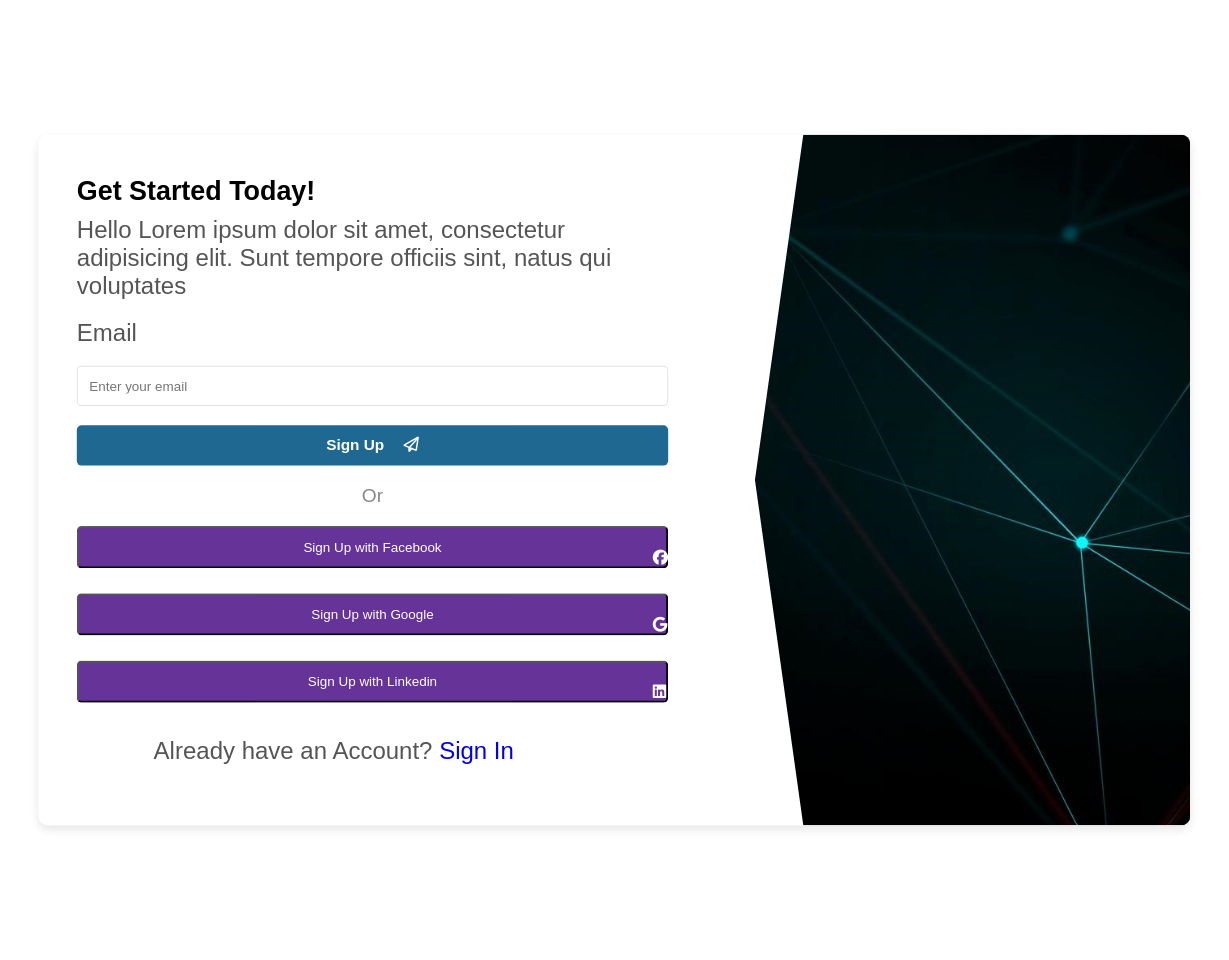
Repository: Femi007-gh/Login-V2
Page: index.html
The author's editor kept a copy of each file at every save. The page is drawn from the files as they stood at one save, then again after the next save.
The browser window is 1280 px wide. The pictures show the whole page, at 96% of full size.

Above is the page before, as saved 2025-01-27 15:33:11.

### index.html
<html>
    <head>
        <title>Login-interface</title>
  <link rel="stylesheet" href="style.css">
  <link rel="stylesheet" href="https://cdnjs.cloudflare.com/ajax/libs/font-awesome/6.5.0/css/all.min.css">
    </head>
    <body>
        <div class="container">
            <div class="left-session">
                <div class="form-container">
                    <h1>Get Started Today!</h1>
                    <p> Hello Lorem ipsum dolor sit amet, consectetur adipisicing elit. Sunt tempore officiis sint, natus qui voluptates </p>
                    <form>
                        <div class="input-group">
                            <p>Email</p>
                            <input type="email" id="email" placeholder="Enter your email" required>
                        </div>
                        <button class="primary-btn" type="submit">Sign Up<i class="fa-regular fa-paper-plane"></i></button>
                    </form>
                    <p class="divider">Or</p>
                    <div class="social-buttons">
                        <button class="social-btn facebook-btn">
                            Sign Up with Facebook
                        </button>
                        <i class="fa-brands fa-facebook"></i>
                        <button class="social-btn google-btn">
                            Sign Up with Google
                        </button>
                        <i class="fa-brands fa-google"></i>
                        <button class="social-btn Linkedin-btn">
                            Sign Up with Linkedin
                        </button>
                        <i class="fa-brands fa-linkedin"></i>
                    </div>
                    <p class="signin-text">Already have an Account? <a href="#">Sign In</a></p>
                </div>
            </div>
            <div class="right-section"></div>
        </div>
    </body>
</html>

### style.css
* {
   padding: 0;
   margin: 0;
   box-sizing: border-box;
}

body {
    font-family: sans-serif;
    background-color: #fff;
    display: flex;
    justify-content: center;
    align-items: center;
    height: 1000px;
}

.container {
  display: flex;
  max-width: 1200px;
  width: 100%;
  background-color: #fff;
  border-radius: 10px;
  overflow: hidden;
  box-shadow: 0 4px 10px rgba(0, 0, 0, 0.1);
}

.left-session {
  flex: 1;
  padding: 40px;
  display: flex;
  justify-content: center;
  align-items: center;
}

h1 {
  font-size: 28px;
  font-weight: bold;
  margin-bottom: 10px;
}

p {
  font-size: 14px;
  color: #555;
  margin-bottom: 20px;
}

.input-group {
  margin-bottom: 20px;
}

.input-group input {
  width: 100%;
  padding: 12px;
  font-size: 14px;
  border: 1px solid #dddd;
  border-radius: 5px;
}

.primary-btn {
  width: 100%;
  padding: 12px;
  background-color: #1F6891;
  color: white;
  border: none;
  border-radius: 5px;
  font-size: 16px;
  font-weight: bold;
  cursor: pointer;
}

.primary-btn:hover {
  background-color: #005a8c;
}

.divider {
  font-size: 20px;
  color: #888;
  margin: 20px 0;
  text-align: center;
}

.social-buttons {
  display: flex;
  flex-direction: column;
  gap: 10px;
}

.social-btn {
  width: 100%;
  padding: 12px;
  font-size: 14px;
  border-radius: 5px;
  color: white;
  display: flex;
  align-items: center;
  justify-content: center;
  background-color: rebeccapurple;
}

.signin-text {
  font-size: 15px;
  margin-top: 20px;
}

.signin-text a {
  text-decoration: none;
}

.right-section {
  flex: 1;
  background: url(ART.jpg) no-repeat center center/cover;
  clip-path: polygon(20% 0%, 100% 0%, 100% 100%, 20% 100%, 10% 50%);
  height: 100vh; /* Adjust height as needed */
}

.fa-brands {
  margin-left: 600px;
  margin-top: -30px;
  margin-bottom: 20px;
  color: white;
}

.fa-regular {
  margin-left: 20px;
}

p {
  font-size: 25px;
}

.signin-text {
  font-size: 25px;
  margin-left: 80px;
}

After the next save:
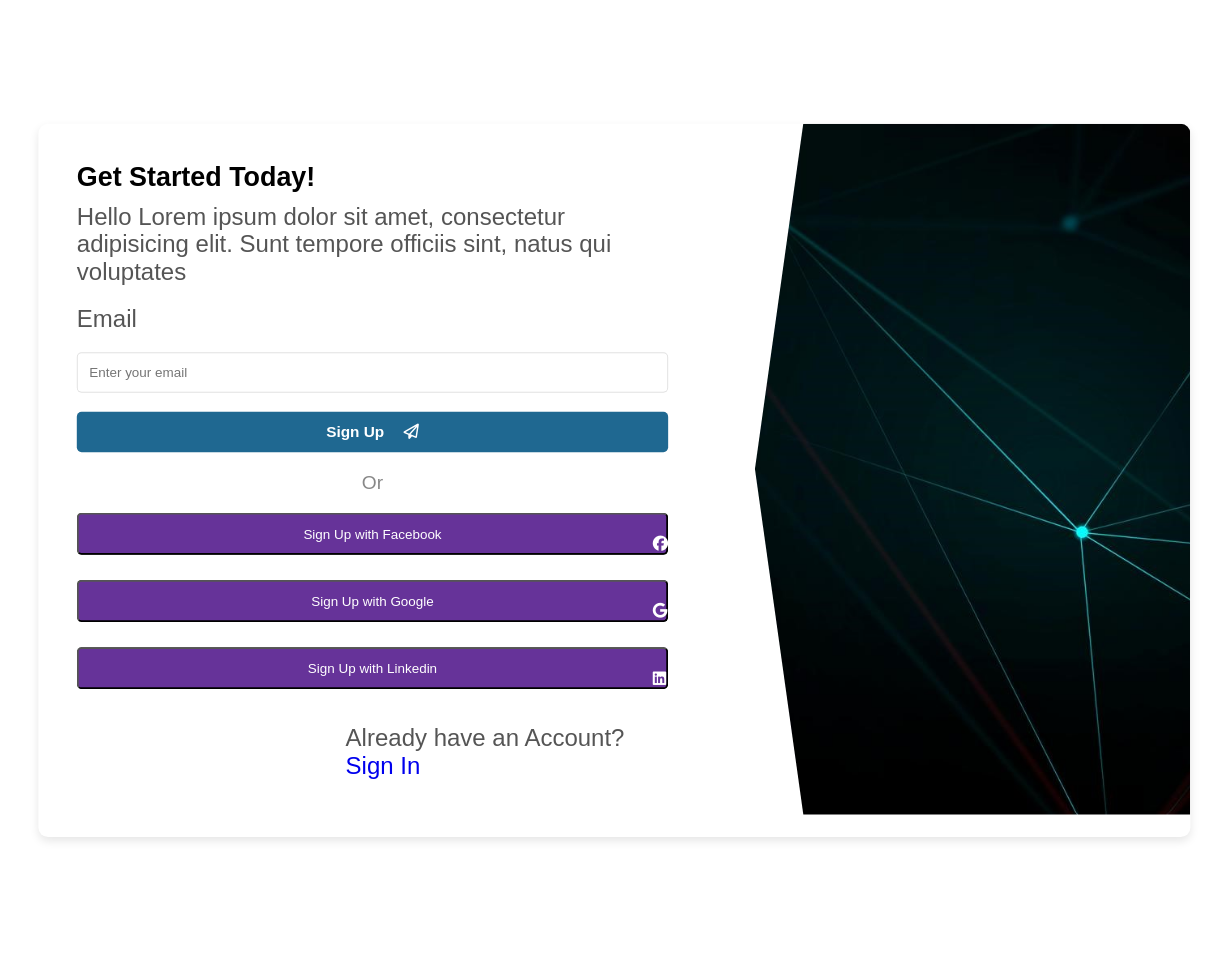
Saved 10 s later.
--- a/style.css
+++ b/style.css
@@ -129,5 +129,5 @@
 
 .signin-text {
   font-size: 25px;
-  margin-left: 80px;
+  margin-left: 280px;
 }

After the save that followed:
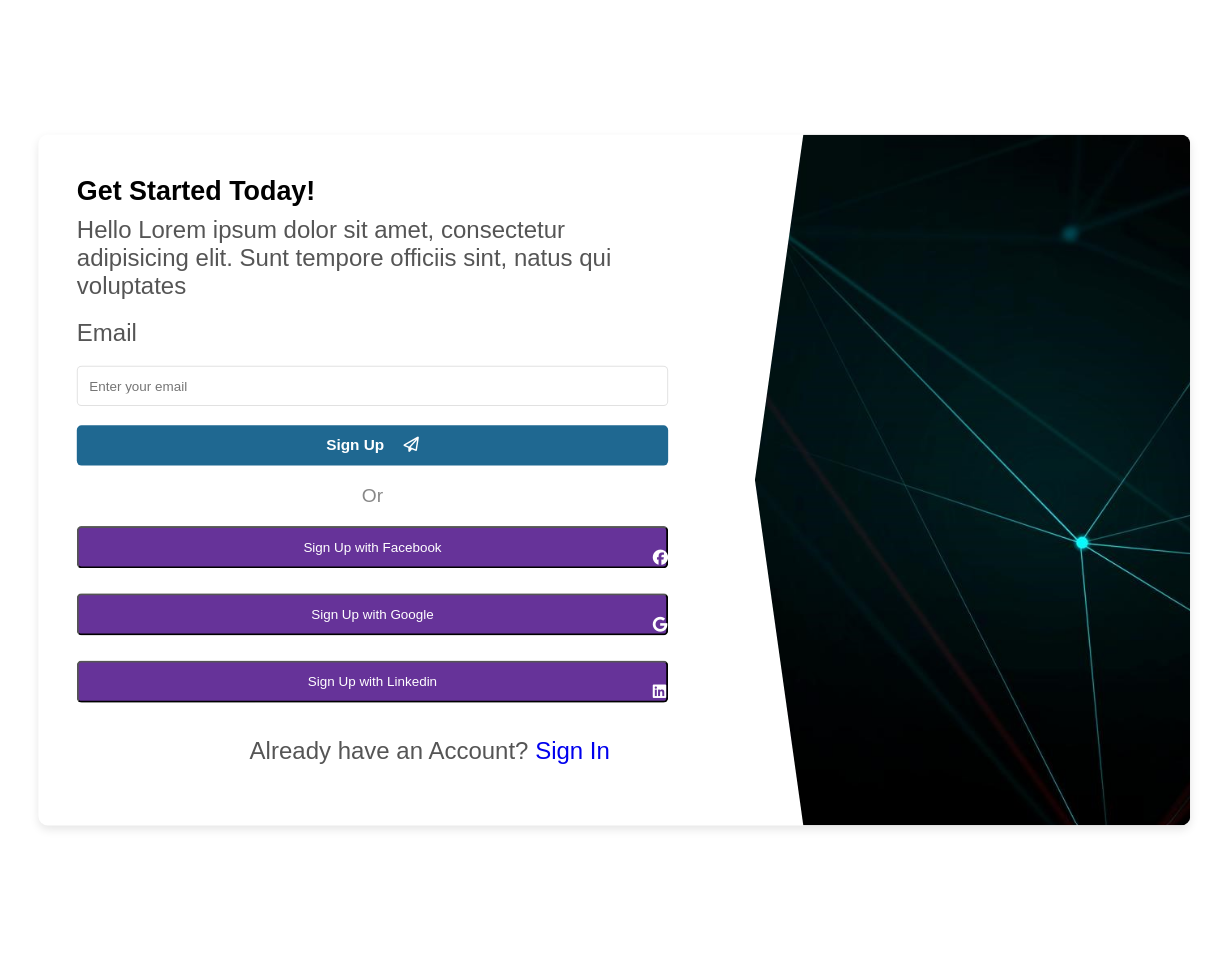
Saved 7 s later.
--- a/style.css
+++ b/style.css
@@ -129,5 +129,5 @@
 
 .signin-text {
   font-size: 25px;
-  margin-left: 280px;
+  margin-left: 180px;
 }
